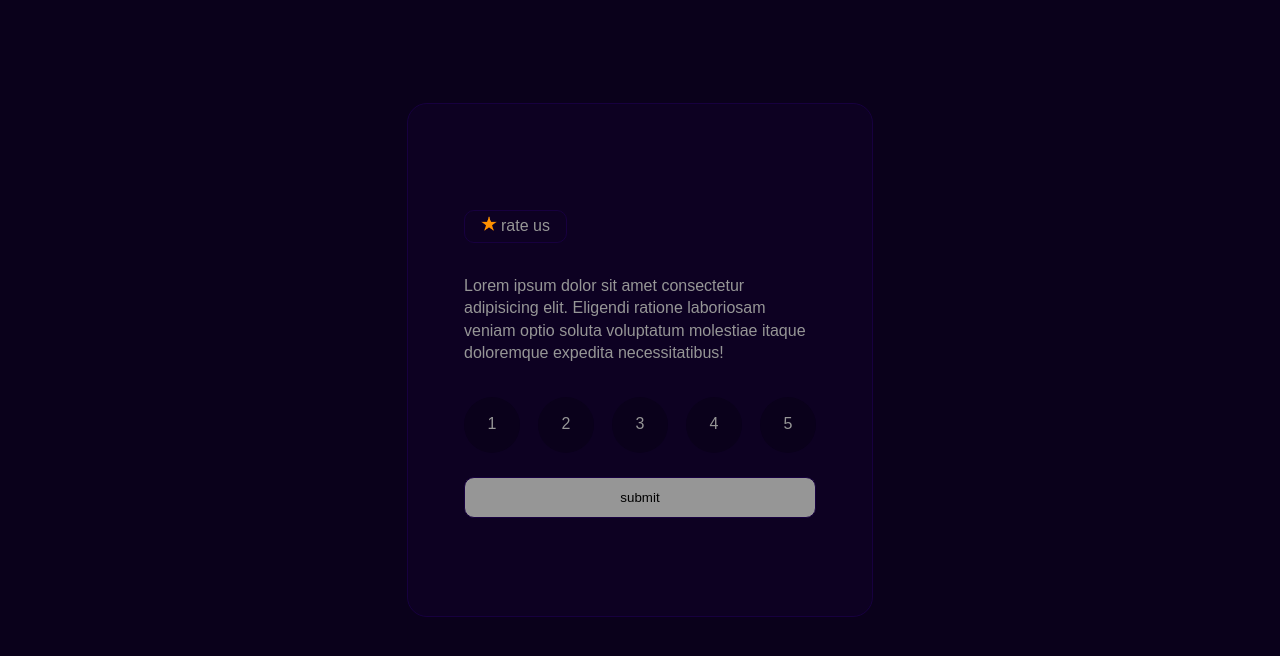
Repository: russel-success/xcodepp-TASK-2
Page: index.html
An editor plug-in stored every save of this project. The page is shown before and after the next save, followed by the edit.
The browser window is 1280 px wide. The pictures show the whole page.

Above is the page before, as saved 2024-05-25 10:10:08.

### index.html
<!DOCTYPE html>
<html lang="en">
<head>
    <meta charset="UTF-8">
    <meta name="viewport" content="width=device-width, initial-scale=1.0">
    <link rel="stylesheet" href="styles/styles.css">
    <title>Ratings</title>
</head>
<body>
    <div class="container">
        <div class="card-container">
            <div class="rate-us">
                <span><img src="assets/star.png" alt=""></span><span><p>rate us</p></span>
            </div>
            <div class="body-text-container"><p class="body-text">Lorem ipsum dolor sit amet consectetur adipisicing elit. Eligendi ratione laboriosam veniam optio soluta voluptatum molestiae itaque doloremque expedita necessitatibus!</p>
            </div>
            <div class="ratings-container">
                <div class="rating">1</div>
                <div class="rating">2</div>
                <div class="rating">3</div>
                <div class="rating">4</div>
                <div class="rating">5</div>
            </div>
            <div class="button-container"><button class="submit">submit</button></div>
        </div>
    </div>
    <script src="script.js"></script>
</body>
</html>

### styles/styles.css
/* :root{
    --prim-purple:rgb(8, 1, 30)
} */
*{
    padding:0;
    margin:0;
}
.container{
    background:rgb(10, 1, 27);
    width:100vw;
    height:100vh;
    display:flex;
    justify-content: center;
    align-items: center;
}
.card-container{
    width:30%;
    min-width:240px;
    height:60%;
    min-height:250px;
    box-sizing:content-box;
    padding:40px;
    margin:24px;
    border-radius: 20px;
    border:1px solid rgb(23, 0, 63);
    background:rgb(13, 1, 34);
    color:rgb(150, 150, 150);
    font-family:Arial, Helvetica, sans-serif;
    line-height: 1.4rem;
    font-weight:100;
    display:flex;
    /* align-items:center; */
    justify-content: center;
    flex-direction:column;
}
.rate-us{
    display: flex;
    justify-content:left;
    align-items: center;
    gap:4px;
    margin:16px;
    padding:4px 16px;
    border:1px solid rgb(23, 0, 63);
    border-radius:10px;
    width:fit-content;
    height:fit-content;
}
.rate-us img{
    width:16px;
}
.body-text-container{
    width:fit-content;
    height:fit-content;
    padding:16px;
}
.body-text{
    color:inherit;
}
.ratings-container{
    display:flex;
    justify-content:space-between;
    align-items: center;
    width:auto;
    height:fit-content;
    /* border:1px solid white; */
    padding:16px;
}
.rating{
    /* border:1px solid white; */
    width:56px;
    height:56px;
    min-width:30px;
    min-height:56px;
    text-align:center;
    align-content:center;
    border-radius:28px;
    background:rgb(10, 1, 27);
    color:rgb(150, 150, 150);
    transition:background 0.2s ease;
    cursor:pointer;
}
/* .rating:hover{
    background:rgb(150, 150, 150);
    color:rgb(13, 1, 34);
} */

.chosen-rating{
    background:rgb(255, 145, 0);
    color:rgb(13, 1, 34);
}
.button-container{
    display:flex;
    justify-content:center;
    align-items: center;
    width:auto;
    padding:8px 16px;
}
.submit{
    width:100%;
    height:fit-content;
    padding:12px 0;
    border-radius:10px;
    border:1px solid rgb(23, 0, 63);
    background:rgb(150, 150, 150);
    transition:background 0.2s ease;
    cursor:pointer;
}
@media screen and (max-width:360px){
   text{
    font-size:0.9rem;
   }
   .button-container{
    width:50px;
   }
   .card-container{
    width:100px;
   }
   .rating{
    width:30px;
    height:30px;
    border-radius:15px;
   }
}

### script.js
var ratings=document.querySelectorAll(".rating");
const submit_btn=document.querySelector(".submit");
console.log(ratings[1].textContent);
ratings.forEach(element=>{
    element.addEventListener("click",()=>{
        ratings.forEach(element=>{
            element.classList.remove('chosen-rating');
        })
        element.classList.add('chosen-rating');
       for(var i=0; i<element.textContent; i++){
        ratings[i].classList.add('chosen-rating');
       }
       submit_btn.style.background="rgb(255, 145, 0)";
    });

});

After the next save:
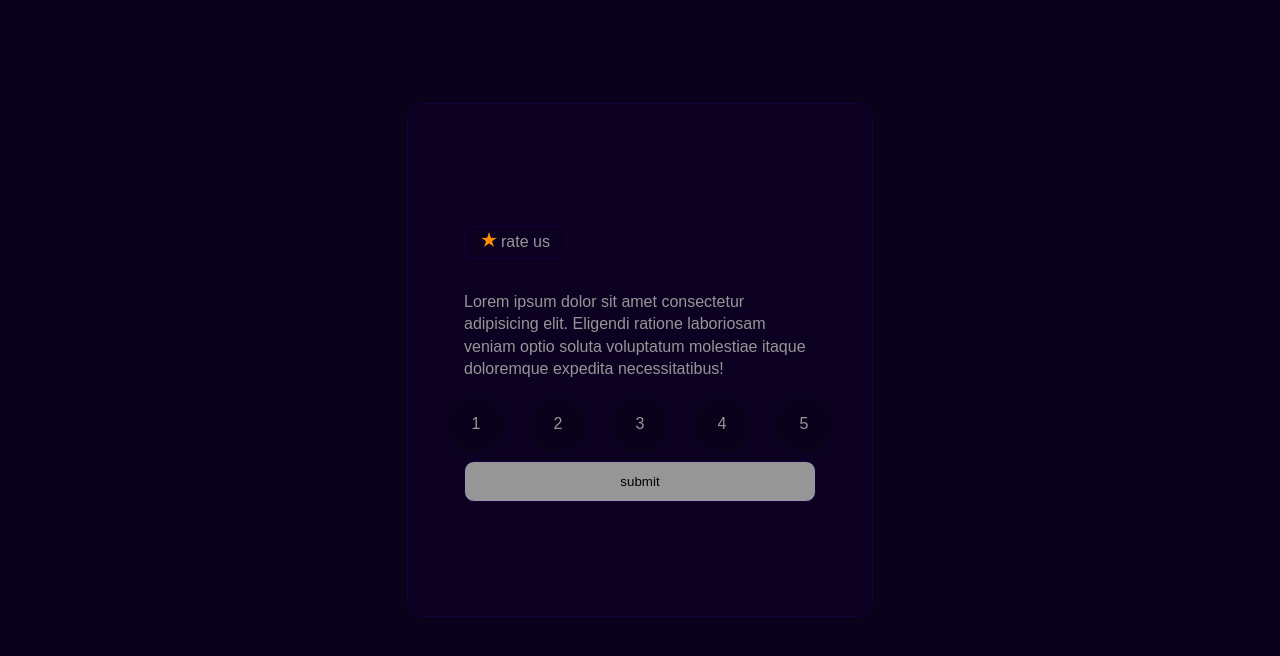
Saved 6 s later.
--- a/styles/styles.css
+++ b/styles/styles.css
@@ -62,6 +62,7 @@
     align-items: center;
     width:auto;
     height:fit-content;
+    min-height
     /* border:1px solid white; */
     padding:16px;
 }

After the save that followed:
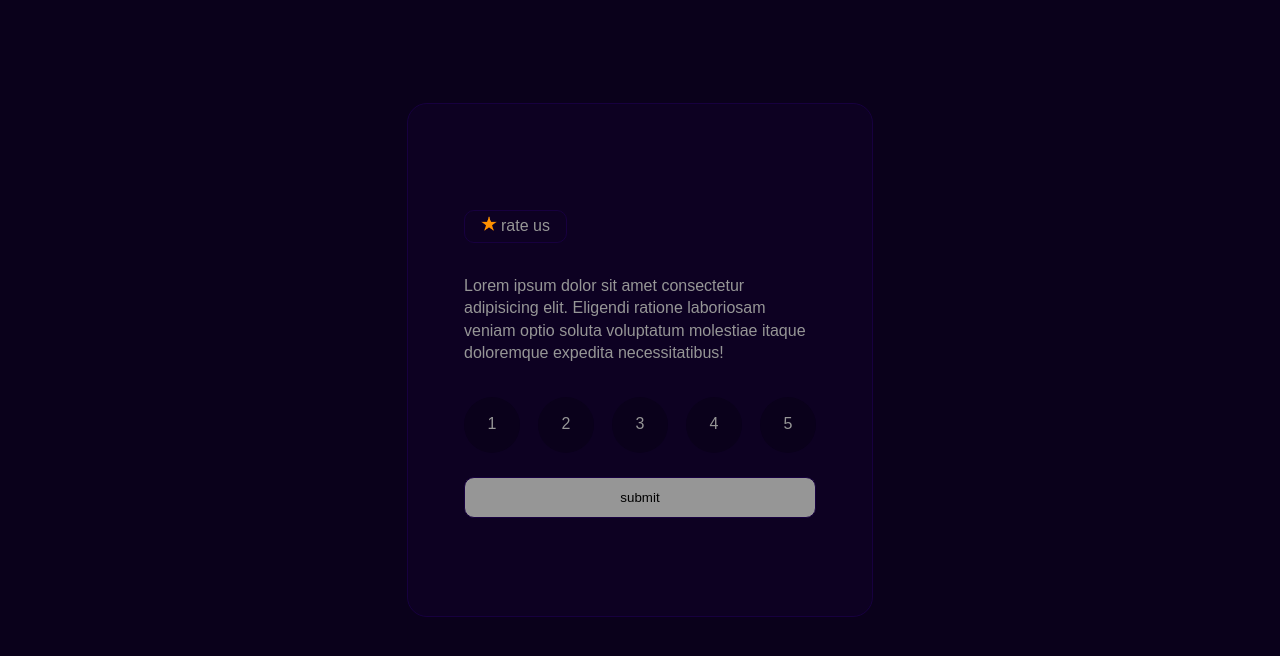
Saved 9 s later.
--- a/styles/styles.css
+++ b/styles/styles.css
@@ -62,7 +62,7 @@
     align-items: center;
     width:auto;
     height:fit-content;
-    min-height
+    min-height:56px;
     /* border:1px solid white; */
     padding:16px;
 }
